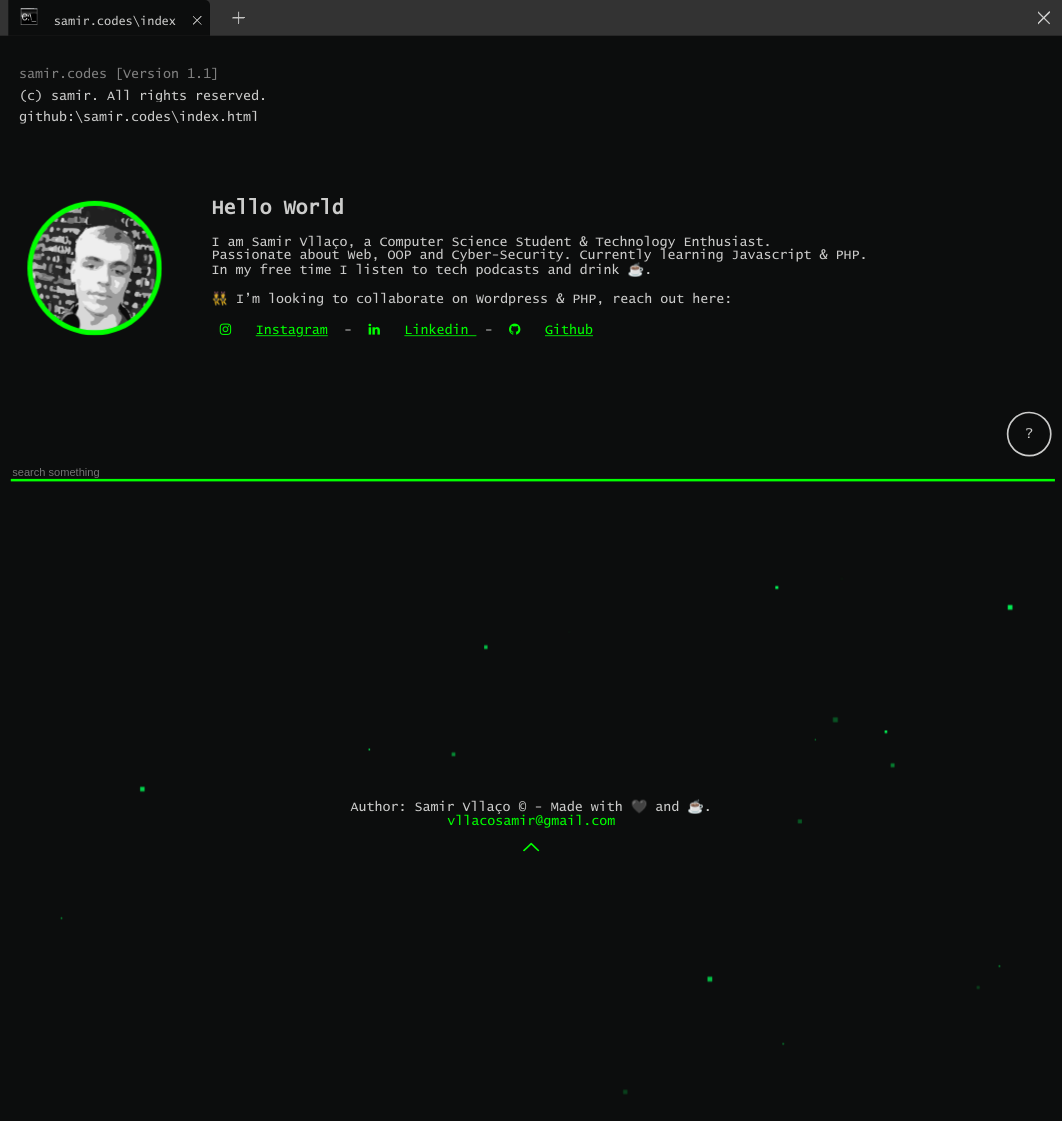
Repository: samiscold/samir.codes
Page: index.html
The author's editor kept a copy of each file at every save. The page is drawn from the files as they stood at one save, then again after the next save.
The browser window is 1280 px wide. The pictures show the whole page, at 83% of full size.

Above is the page before, as saved 2022-03-09 13:15:29.

After the next save:
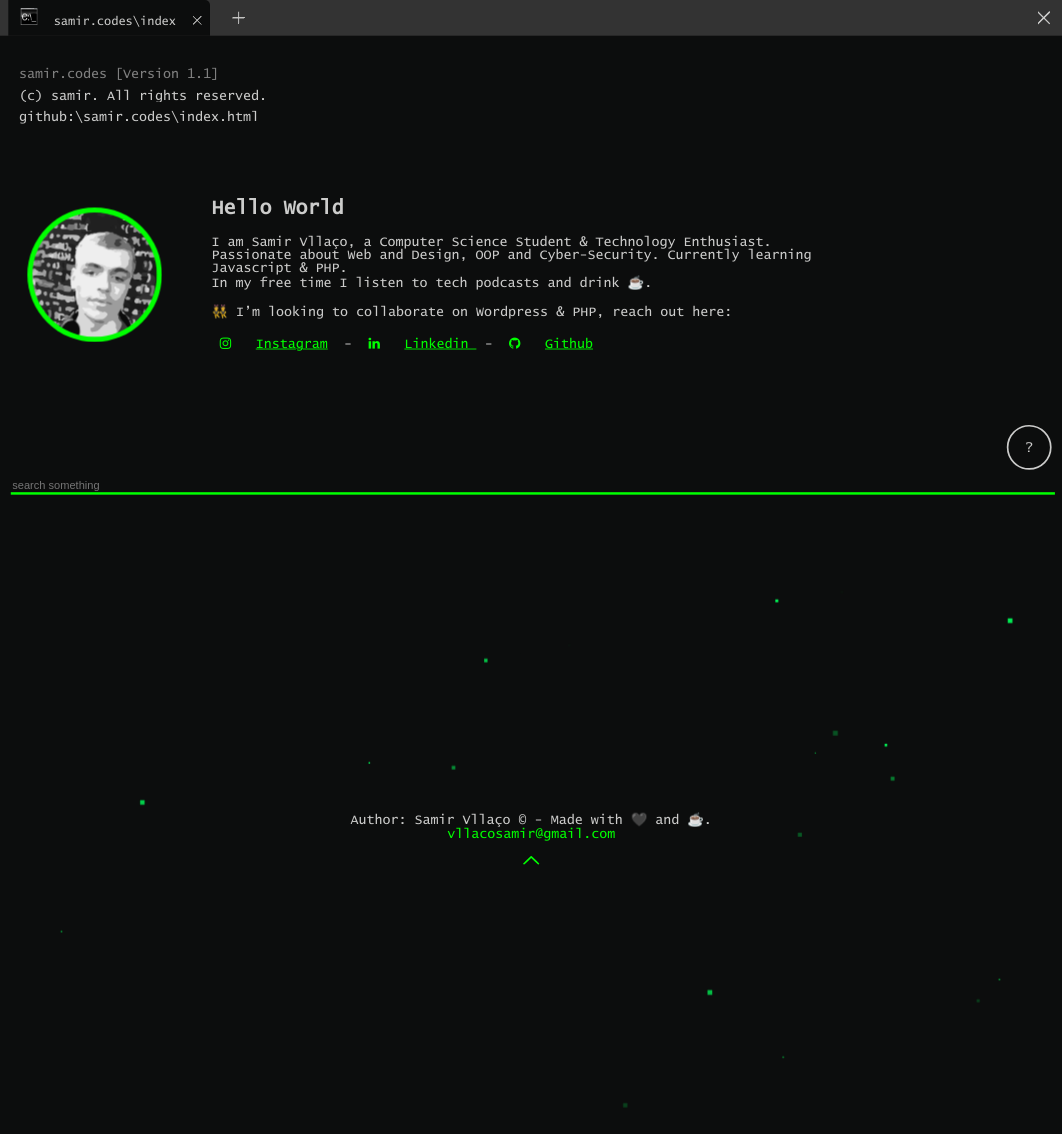
Saved 14 days later.
--- a/index.html
+++ b/index.html
@@ -59,7 +59,7 @@
                 <div class="text-me">
                     <h1> Hello World</h1>
                     <span>I am Samir Vllaço, a Computer Science Student & Technology Enthusiast. <br> Passionate about
-                        Web, OOP and Cyber-Security. Currently learning Javascript & PHP. <br> In my free time I listen
+                        Web and Design, OOP and Cyber-Security. Currently learning Javascript & PHP. <br> In my free time I listen
                         to tech podcasts and drink ☕. <br><br>
                         👯 I’m looking to collaborate on Wordpress & PHP, reach out here:</span>
                     <div class="contact">
